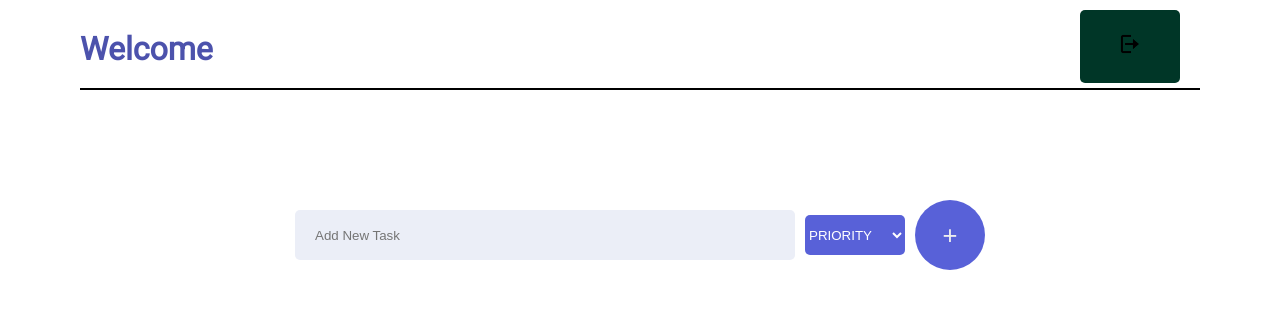
Repository: tebo27cMd/todo_App
Page: /HomePage
The author's editor kept a copy of each file at every save. The page is drawn from the files as they stood at one save, then again after the next save.
The browser window is 1280 px wide. The pictures show the whole page.
The page's requests for data from a server got no answer. The project was rebuilt for these pictures with package versions that can differ from the ones it lists, and the page was loaded fresh each time. No one was signed in, and anything a server would have sent is missing. Also part of the build but not shown: src/Pages/LoginPage.jsx, src/Pages/SignInPage.jsx.

Above is the page before, as saved 2022-08-23 12:53:42.

### src/App.js
import React, {useState, useEffect} from 'react';
import './App.css';
import LoginPage from './Pages/LoginPage';
import SignInPage from './Pages/SignInPage';
import HomePage from './Pages/HomePage';

import {BrowserRouter as Router,Routes,Route,Link} from "react-router-dom";

//import {collection, getDocs, getDoc, doc, deleteDoc} from 'firebase/firestore'







function App() {


  const [tasks, setTasks] = useState([]);

  const addTasks = ((task, priorityType)=>{
    setTasks((tasks)=>[...tasks, {
      task:task,
      priorityType:priorityType
    }])

    console.log(tasks);
  })
  return (
    <div className="App">

      <Router>
      <Routes>
        <Route exact path="/" element = {<LoginPage/>}></Route>
        <Route path="/SignInPage" element = {<SignInPage/>}></Route>
        <Route exact path="/HomePage" element = {<HomePage/>}></Route>
      </Routes>
    </Router>

    </div>
  );
}

export default App;

### src/App.css
* {
  box-sizing: border-box;
  margin: 0;
  padding: 0;
  font-family: 'Times New Roman', Times, serif;
}

### src/Pages/HomePage.jsx

import React, { useState, useEffect } from "react";

  import '../css/HomePage.css';

  import {db} from '../Config-file/firebase';

  import {addDoc, collection,getDocs} from 'firebase/firestore';
  import CheckCircleIcon from "@mui/icons-material/CheckCircle";


  import logout from '../image/logout.png'





function HomePage() {
  const[task, setTask]= useState('');
  const[priority, setPriority] = useState('');

  const[items, setItem] = useState([]);

  const itemRef =collection(db,"Tasks");

  const getItems = async()=>{
      let data = await getDocs(itemRef);
      setItem(data.docs.map((doc)=>({...doc.data(), id: doc.id})))
  }

  const addItems = async()=>{
     await addDoc(itemRef, {task:task, priority:priority})
     alert("Item added Successfully");
    getItems();
    }


    useEffect(()=>{
      getItems();
   }, [])





    return (
      <div className="AddTask">
          <div className="topPart">
              <h1 className='welcome'>Welcome</h1>
              <button><div className="tick"><img src={logout} alt="" /></div></button>
          </div>

          <div className="bottomPart">
            <div className="input-fields">
              <input className="typeTask" type="text" placeholder="Add New Task" onChange={(e)=>setTask(e.target.value)}/>
                <select name="priority" id="priority" onChange={(e)=>setPriority(e.target.value)}>
                    <option value="Priority">PRIORITY</option>
                    <option value="High">High</option>
                    <option value="Medium">Medium</option>
                    <option value="Low">Low</option>

                </select>

                <button className="topBtn" onClick={addItems}>+</button>

            </div>

            <div className="task-list">
            {
                        items.map(item=>((
                            <div className="items" key={item.id}>
                                {
                                    item.priority == "Low" ? (

                                        <div className="item" style={{borderBottom: "3px solid green"}}>
                                        <span>{item.task}</span>
                                        <button className="complete"><div className="CheckLow"><CheckCircleIcon id="i" /></div></button>
                                        </div>

                                    ):item.priority == "Medium" ? (
                                        <div className="item" style={{borderBottom: "3px solid orange"}}>
                                        <span>{item.task}</span>
                                        <button className="complete"><div className="CheckMedium"><CheckCircleIcon id="i" /></div></button>
                                        </div>
                                    ):item.priority == "High" ? (
                                        <div className="item" style={{borderBottom: "3px solid red"}}>
                                        <span>{item.task}</span>
                                        <button className="complete"><div className="CheckHigh"><CheckCircleIcon id="i" /></div></button>

                                        </div>
                                    ):(
                                        <div>

                                        </div>
                                    )
                                }




                            </div>
                        )))
                    }
            </div>

          </div>

      </div>
    )
  }



export default HomePage;

### src/Pages/LoginPage.css
@import url("https://fonts.googleapis.com/css?family=Roboto&display=swap");
:root
{
    --btnGreen: #339eb1;
    --beige: beige;

}

.LoginPage{
    display: grid;
    grid-template-columns: 40% 60%;
    width: 100vw;
    height: 100vh;
    font-family:'Roboto' ;
}

.LoginPage aside{
    background: url(../Images/Ado.jpeg);
    background-size: cover;
}

.LoginPage section{
    display: flex;
    flex-direction: column;
    justify-content: center;
    align-items: center;
    padding: 50px;

}

.LoginPage .welcome{
    margin-top: 20px;
    margin-bottom: 20px;
    font-weight: bolder;
    font-size: 2em;
    font-family:'Roboto' ;
    color: #4c52ac;
}

.LoginPage .paragraph1{
    margin-bottom: 20px;
    font-size: 1.2em;
    color: #4c52ac;
}

.LoginPage .input-control{
    display: flex;
    flex-direction: column;
    align-self: flex-start;
    width: 100%;

}

.LoginPage .input-control label{
    margin-top: 10px;
    margin-bottom: 10px;
    font-size: 1.4em;

}

.LoginPage .input-control input{
    font-size: 1.2em;
    height: 50px;
    padding: 20px 10px 20px 10px;
    margin-top: 10px;
    border: none;
    border-radius: 10px;
    width: 100%;
    background-color: #eee;

}

.LoginPage button{
    width: 300px;
    height: 50px;

}
.LoginPage .lgnBtn:hover{
   background-color:#4c52ac;
   border-color: #7bff00;
}
.LoginPage .lgnBtn{
    margin-top: 50px;
    border-radius: 5px;
    border: none;
    background-color: var(--btnGreen);
    font-size: 1em;
    cursor: pointer;
    color: white;
}

.LoginPage .create{
    font-family:'Roboto' ;
    margin-top: 30px;
}


Link{
    color: var(--btnGreen);
}

.LoginPage .or{
    font-weight: lighter;
    font-size: 1em;
    margin: 20px;
}

.LoginPage .signBtn{

    margin: 20px;
    padding-right: 20px;
    border-radius: 5px;
    border-color: #4c52ac;
    cursor: pointer;
    background-color: white;
    border-radius: 7px;
}



.logo{
    display: flex;
    flex-direction: row;
    justify-content: center;

}

.logo img{
    width: 50px;
    height: 30px;
    padding-left: 10px;
}

.logo span{
    padding-top: 7px;
}

### src/Config-file/firebase.js
// Import the functions you need from the SDKs you need
import { initializeApp } from "firebase/app";
import { getFirestore } from "@firebase/firestore";
import {getAuth} from 'firebase/auth';

const firebaseConfig = {
  apiKey: "AIzaSyB44VhlyOGLme-EDCUVNbbB2UbazBO3qIY",
  authDomain:  "todo-433b6.firebaseapp.com",
  projectId:"todo-433b6",
  storageBucket: "todo-433b6.appspot.com",
  messagingSenderId: "23893463738",
  appId:"1:23893463738:web:7b7d1fefeddfc1abce6883",
  measurementId: "G-QQNBP66G32"
};

// Initialize Firebase
const app = initializeApp(firebaseConfig);
const db = getFirestore(app);
const auth = getAuth(app);
export  {auth, db};

### src/css/HomePage.css
@import url("https://fonts.googleapis.com/css?family=Roboto&display=swap");

*{
    box-sizing:border-box;
    margin: 0;
    padding: 0;
    font-family: sans-serif;
}


.topPart{
    display: flex;
    justify-content: space-between;
    margin: 10px 80px;
    border-bottom: 2px solid black;

}

.topPart button{
    width: 100px;
    margin:0px 20px 5px 0px;
    border-radius: 5px;
    border: none;
    background-color: #003627;
    cursor: pointer;
    color: white;
    font-size: 1.2em;

}
.topPart img {
    height: 20px;
}

.topPart button:hover{
    background-color: rgba(245, 27, 27, 0.815);
    color: black;
}

.bottomPart{
    display: flex;
    flex-direction: column;
    justify-content: center;
    align-items: center;
    margin-top: 80px;
}

.bottomPart input{
    margin-right: 10px;
    height: 50px;
    width: 500px;
    padding-left: 20px;
    border: none;
    background-color: #ebeef7;
    border-radius: 5px;

}

.bottomPart select{
    margin-right: 10px;
    height: 40px;
    width: 100px;
    border: none;
    background-color: #5861d8;
    border-radius: 5px;
    color: white;
}

.bottomPart .topBtn{
    height: 70px;
    width: 70px;
    border-radius: 50px;
    border: none;
    color: #eee;
    font-size: 1.6em;
    background-color: #5861d8;
    cursor: pointer;

}
.bottomPart .CheckHigh{
    border-radius: 50px;
    border: none;
    background-color: #5861d8;
    color: rgb(255, 255, 255);
    font-size: 1.6em;
    cursor: pointer;
}
.bottomPart .CheckHigh:hover{
    background-color: red;
}
.bottomPart .CheckMedium{
    border-radius: 50px;
    border: none;
    background-color: #5861d8;
    color: rgb(255, 255, 255);
    font-size: 1.6em;
    cursor: pointer;
}
.bottomPart .CheckMedium:hover{
    background-color: yellow;
}
.bottomPart .CheckLow{
    border-radius: 50px;
    border: none;
    background-color: #5861d8;
    color: rgb(255, 255, 255);
    font-size: 1.6em;
    cursor: pointer;
}
.bottomPart .CheckLow:hover{
    background-color: green;
}

.bottomPart button:hover{
    background-color: #776e7625;
    color: black;
}

input{
height: 90px;
}
.input-fields {
    display: flex;
    align-items: center;
    height: 130px;

}

/* Task list*/


.task-list{
    width: 600px;
    margin-right: 60px;

}

.item{
    display: flex;
    text-align: center;
    justify-content: space-between;
    padding: 10px;
    border-radius: 5px;
    border: none;
    box-shadow: 2px 2px 5px 0px rgb(123, 126, 173);
    background-color: #f7f7ff;
}
.items{
    padding: 5px 0;
}
.item button{
    border: none;
    border-radius: 50px;
    width: 80px;
    height: 40px;
    font-size: 20px;
    cursor: pointer;

}

.welcome{
    margin-top: 20px;
    margin-bottom: 20px;
    font-weight: bolder;
    font-size: 2em;
    font-family:'Roboto' ;
    color: #4c52ac;
}

Loaded but not shown: public/index.html (common file); src/index.js (common file); src/reportWebVitals.js (common file)

After the next save:
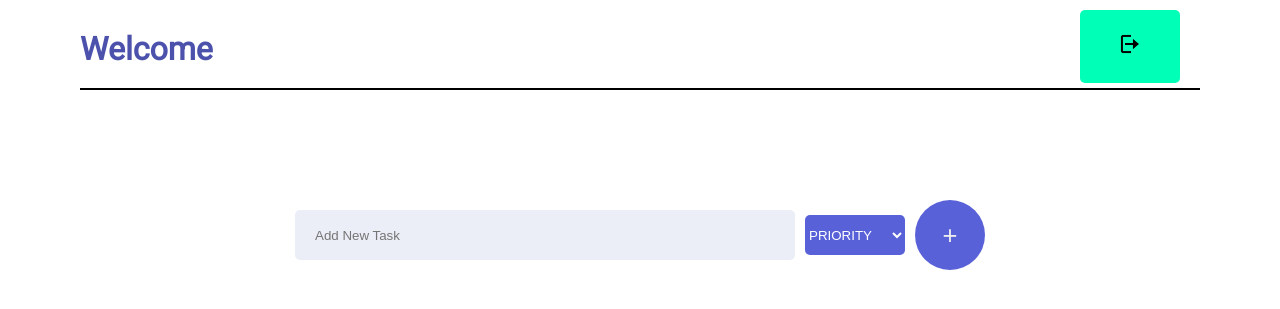
Saved 7 min 47 s later.
--- a/src/css/HomePage.css
+++ b/src/css/HomePage.css
@@ -21,7 +21,7 @@
     margin:0px 20px 5px 0px;
     border-radius: 5px;
     border: none;
-    background-color: #003627;
+    background-color: #00ffb7;
     cursor: pointer;
     color: white;
     font-size: 1.2em;
